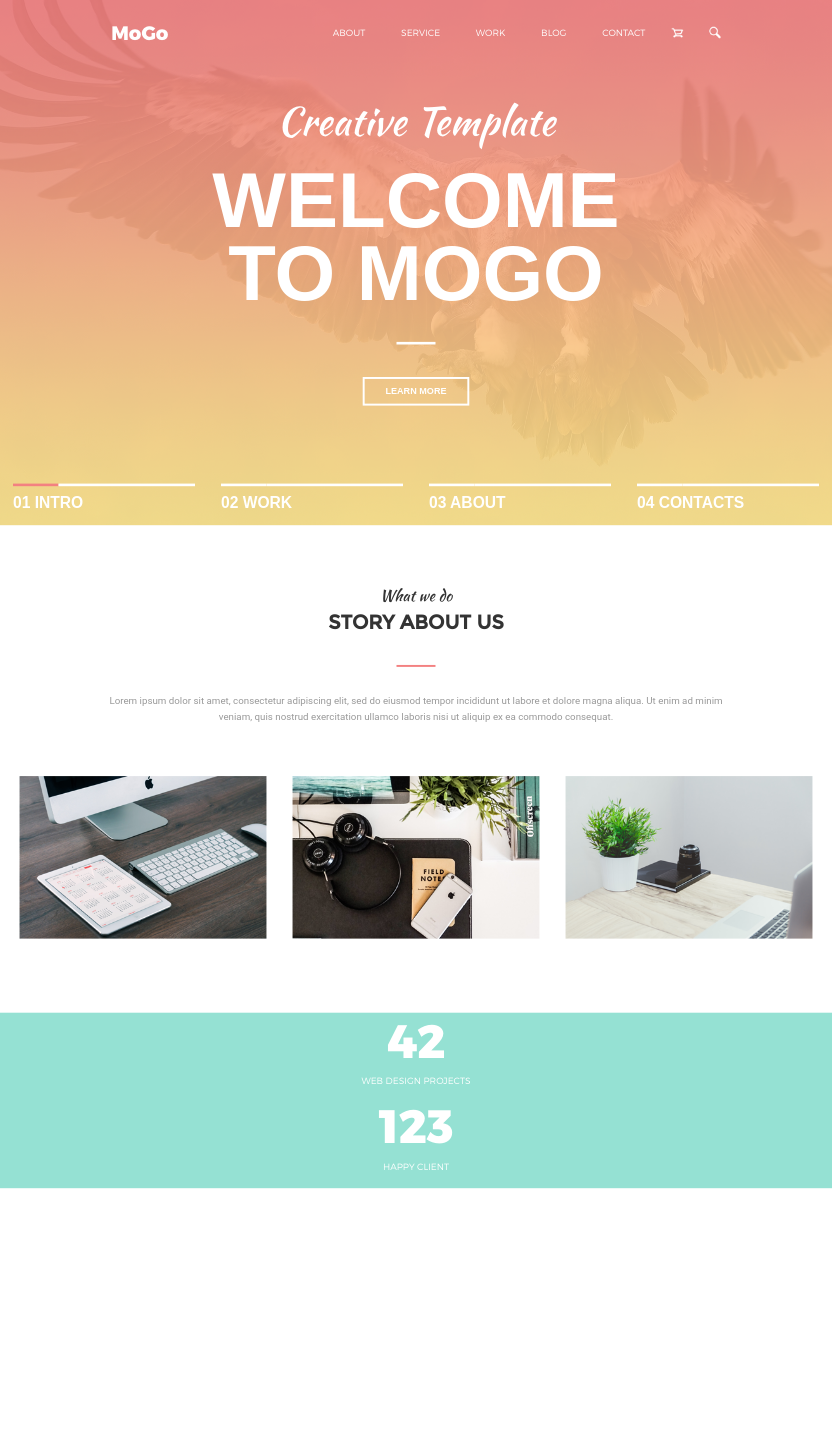
Repository: RaffiBarseghyan/mogo
Page: /
An editor plug-in stored every save of this project. The page is shown before and after a run of saves, followed by the edit.
The browser window is 1280 px wide. The pictures show the whole page, at 65% of full size.
The project was rebuilt for these pictures with package versions that can differ from the ones it lists, and the page was loaded fresh each time.

Above is the page before, as saved 2023-05-11 17:52:20.

### src/App.jsx
import "./App.css";
import "bootstrap/dist/css/bootstrap.min.css";
import "bootstrap/dist/js/bootstrap.bundle";
import Header from "./Pages/Header/header";
import AboutUs from "./Pages/AboutUs/aboutUs";

function App() {
  return (
    <div className="App">
      <Header />
      <AboutUs />
    </div>
  );
}

export default App;

### src/Pages/Header/header.jsx
import style from "./header.module.scss";
import glass from "../../Assets/Images/GLASS.png";
import cart from "../../Assets/Images/CART.png";

function Header() {
  return (
    <>
      <div className={style.big_header}>
        <div className={style.header}>
          <nav className="navbar navbar-expand-lg bg-body-tertiary">
            <div className="container-fluid">
              <a className={`${style.logo} navbar-brand me-5`} href="#">
                MoGo
              </a>
              <button
                className="navbar-toggler"
                type="button"
                data-bs-toggle="collapse"
                data-bs-target="#navbarNav"
                aria-controls="navbarNav"
                aria-expanded="false"
                aria-label="Toggle navigation"
              >
                <span className="navbar-toggler-icon"></span>
              </button>
              <div
                className={`${style.menu} collapse navbar-collapse`}
                id="navbarNav"
              >
                <ul className={`navbar-nav`}>
                  <li className="nav-item">About</li>
                  <li className="nav-item">service</li>
                  <li className="nav-item">work</li>
                  <li className="nav-item">blog</li>
                  <li className="nav-item">contact</li>
                  <img src={cart} alt="" />
                  <img src={glass} alt="" />
                </ul>
              </div>
            </div>
          </nav>
        </div>

        <div className={style.header_text}>
          <h1>Creative Template</h1>
          <h2>
            Welcome <br /> to MoGo
          </h2>
          <div className={style.border_box}>
            <div className={style.border}></div>
          </div>

          <div className={style.btn_box}>
            <button className={style.btn}>Learn More</button>
          </div>

          <div className={style.big_border_box_1}>
            <div className={style.div}>
              <div className={style.b_box1}>
                <div className={style.red}></div>
                <div className={style.white}></div>
              </div>
              <p className={style.b_p}>01 intro</p>
            </div>

            <div className={style.div}>
              <div className={style.b_box1}>
                <div className={style.white_s}></div>
                <div className={style.white}></div>
              </div>
              <p className={style.b_p}>02 work</p>
            </div>

            <div className={style.div}>
              <div className={style.b_box1}>
                <div className={style.white_s}></div>
                <div className={style.white}></div>
              </div>
              <p className={style.b_p}>03 About</p>
            </div>

            <div className={style.div}>
              <div className={style.b_box1}>
                <div className={style.white_s}></div>
                <div className={style.white}></div>
              </div>
              <p className={style.b_p}>04 Contacts</p>
            </div>
          </div>
        </div>
      </div>
    </>
  );
}

export default Header;

### src/Pages/AboutUs/aboutUs.jsx
import style from "./aboutUs.module.scss";
import aboutUs1 from "../../Assets/Images/aboutUs1.png";
import aboutUs2 from "../../Assets/Images/aboutUs2.png";
import aboutUs3 from "../../Assets/Images/aboutUs3.png";
import user from "../../Assets/Images/USERS.png";

function AboutUs() {
  return (
    <>
      <div className={style.aboutUs}>
        <h3>What we do</h3>
        <h2>Story about us</h2>
        <div className={style.line}></div>
        <p>
          Lorem ipsum dolor sit amet, consectetur adipiscing elit, sed do
          eiusmod tempor incididunt ut labore et dolore magna aliqua. Ut enim ad
          minim <br />
          veniam, quis nostrud exercitation ullamco laboris nisi ut aliquip ex
          ea commodo consequat.
        </p>
        <div className="d-flex justify-content-center flex-wrap ">
          <div className={style.imgDiv}>
            <img src={user} alt="" className={style.user} />
            <p>SUPER TEAM</p>
            <img src={aboutUs1} alt="" className={style.aboutImg}/>
          </div>
          <div className={style.imgDiv}>
            <img src={user} alt="" className={style.user} />
            <p>SUPER TEAM</p>
            <img src={aboutUs2} alt="" className={style.aboutImg}/>
          </div>
          <div className={style.imgDiv}>
            <img src={user} alt="" className={style.user} />
            <p>SUPER TEAM</p>
            <img src={aboutUs3} alt="" className={style.aboutImg}/>
          </div>
        </div>
      </div>

      <div className={style.aboutUsFooter}>
        <div>
            <h2>42</h2>
            <p>Web Design Projects</p>
        </div>
        <div>
            <h2>123</h2>
            <p>happy client</p>
        </div>
        <div>
            <h2>15</h2>
            <p>award winner</p>
        </div>
        <div>
            <h2>99</h2>
            <p>cup of coffee</p>
        </div>
        <div>
            <h2>24</h2>
            <p>members</p>
        </div>
      </div>
    </>
  );
}

export default AboutUs;

### src/Pages/Header/header.module.scss
@font-face {
  font-family: Montserrat;
  src: url("../../Assets/Fonts/montserrat/Montserrat-Light.otf")
    format("truetype");
}

@font-face {
  font-family: Montserrat_bold;
  src: url("../../Assets/Fonts/montserrat/Montserrat-ExtraBold.otf")
    format("truetype");
}

@font-face {
  font-family: kaushan;
  src: url("../../Assets/Fonts/kaushan-script/kaushan-script.kaushanscript-regular.otf")
    format("truetype");
}

* {
  margin: 0;
  padding: 0;
  box-sizing: border-box;
}

/* Header */

.logo {
  font-size: 30px;
  color: #ffffff !important;
  font-weight: 700;
  font-family: "Montserrat_bold";
}

.logo:hover {
  color: #ffffff !important;
}

.big_header {
  width: 100%;
  min-height: 800px;
  background-image: url("../../Assets/Images/background-image-big-box-header.png");
  background-position: center;
  background-size: cover;
  background-repeat: no-repeat;
}

.header {
  width: 100%;
  min-height: 100px;
  display: flex;
  justify-content: space-around;
  align-items: center;
}

.menu > ul {
  margin-left: 150px;
}

.menu > ul > li {
  font-size: 14px;
  font-family: "Montserrat";
  color: rgb(255, 255, 255);
  text-transform: uppercase;
  list-style: none;
  margin-left: 55px;
}

.menu > ul > li:hover {
  color: #fce38a;
  border-bottom: 2px solid #fce38a;
  cursor: pointer;
  transition: 0.3s;
}

.menu > ul > img {
  margin-left: 40px;
  cursor: pointer;
  width: 15%;
  aspect-ratio: 3/2;
  object-fit: contain;
}

/* Header_text */

.header_text {
  margin-top: 50px;
}

.header_text > h1 {
  text-align: center;
  font-family: kaushan;
  font-size: 60px;
  color: rgb(255, 255, 255);
  line-height: 1.2;
}

.header_text > h2 {
  text-align: center;
  font-family: sans-serif;
  font-size: 120px;
  color: rgb(255, 255, 255);
  font-weight: bold;
  text-transform: uppercase;
  line-height: 0.933;
  margin-top: 30px;
}

.border {
  width: 60px;
  height: 4px;
  background-color: #ffffff;
}

.border_box {
  display: flex;
  justify-content: center;
  margin: 50px 0;
}

.btn {
  border-style: solid;
  border-width: 3px;
  border-color: rgb(255, 255, 255);
  background-color: rgba(0, 0, 0, 0);
  width: 164px;
  height: 44px;
  font-size: 14px;
  font-family: sans-serif;
  color: rgb(255, 255, 255);
  font-weight: bold;
  text-transform: uppercase;
}

.btn_box {
  display: flex;
  justify-content: center;
}

.btn_box > button:hover {
  cursor: pointer;
  border-radius: 10px;
  transition: 0.5s;
}

/* Borders */

.red {
  width: 70px;
  height: 4px;
  background-color: #f38181;
}

.white_s {
  width: 70px;
  height: 4px;
  background-color: #ffffff;
}

.white {
  width: 210px;
  height: 4px;
  background-color: white;
}

.b_box1 {
  display: flex;
}

.b_p {
  margin-top: 8px;
  font-size: 24px;
  font-family: sans-serif;
  color: rgb(255, 255, 255);
  font-weight: bold;
  text-transform: uppercase;
  text-align: left;
}

.big_border_box_1 {
  margin-top: 120px;
  display: flex;
  justify-content: space-around;
  flex-wrap: wrap;
}

@media only screen and (max-width: 992.2px) {
  .menu > ul {
    display: flex;
    justify-content: center;
    align-items: center;
  }
  .menu > ul > img {
    width: 12%;
    aspect-ratio: 3/2;
    object-fit: contain;
  }
  .header_text>h2{
    font-size: 80px;
  }
}

### src/Pages/AboutUs/aboutUs.module.scss
@font-face {
  font-family: Montserrat;
  src: url("../../Assets/Fonts/montserrat/Montserrat-Light.otf")
    format("truetype");
}

@font-face {
  font-family: Montserrat_mid;
  src: url("../../Assets/Fonts/montserrat/Montserrat-Regular.ttf")
    format("truetype");
}

@font-face {
  font-family: Montserrat_bold;
  src: url("../../Assets/Fonts/montserrat/Montserrat-ExtraBold.otf")
    format("truetype");
}

@font-face {
  font-family: kaushan;
  src: url("../../Assets/Fonts/kaushan-script/kaushan-script.kaushanscript-regular.otf")
    format("truetype");
}

.aboutUs {
  min-height: 750px;
  display: flex;
  flex-direction: column;
  align-items: center;
  justify-content: center;
  h3 {
    font-size: 24px;
    color: #333333;
    font-weight: 400;
    font-family: "kaushan";
    text-align: center;
  }
  h2 {
    font-size: 30px;
    text-transform: uppercase;
    color: #333333;
    font-weight: 700;
    font-family: "Montserrat_mid";
    text-align: center;
  }
  p {
    font-size: 15px;
    line-height: 24px;
    color: #999999;
    font-weight: 400;
    font-family: "Roboto";
    text-align: center;
    margin-bottom: 60px;
  }
  .line {
    width: 60px;
    height: 3px;
    background-color: #f38181;
    margin: 40px;
  }
  img {
    width: 380px;
    height: 250px;
    aspect-ratio: 3/2;
    object-fit: cover;
  }

  .imgDiv {
    width: 380px;
    height: 250px;
    margin: 20px;
    transition: 0.5s;
    display: flex;
    flex-direction: column;
    justify-content: center;
    align-items: center;
    p {
      font-size: 18px;
      text-transform: uppercase;
      color: #ffffff;
      font-weight: 700;
      font-family: "Montserrat";
      text-align: center;
      display: none;
      position: absolute;
      margin-top: 80px;
    }
    .user {
      width: 32px;
      height: 23px;
      display: none;
      position: absolute;
      margin-bottom: 30px;
    }
  }

  .imgDiv:hover {
    transition: 0.5s;
    box-shadow: 10px 10px 0px 0px rgba(149, 225, 211, 1);
    -webkit-box-shadow: 10px 10px 0px 0px rgba(149, 225, 211, 1);
    -moz-box-shadow: 10px 10px 0px 0px rgba(149, 225, 211, 1);
    cursor: pointer;
    p,
    .user {
      display: block;
    }
    background: rgb(226, 204, 123);
    background: linear-gradient(
      0deg,
      rgba(226, 204, 123, 1) 0%,
      rgba(219, 116, 116, 1) 53%
    );

    .aboutImg {
      opacity: 0.2;
    }
  }
}

.aboutUsFooter {
  height: 270px;
  background-color: #95e1d3;
  h2 {
    font-size: 72px;
    text-transform: uppercase;
    color: #ffffff;
    font-weight: 700;
    font-family: "Montserrat_bold";
    text-align: center;
  }
  p {
    font-size: 14px;
    text-transform: uppercase;
    color: #ffffff;
    font-weight: 400;
    font-family: "Montserrat";
    text-align: center;
  }
}

Loaded but not shown: public/index.html (common file); src/index.js (common file); src/index.css (common file); src/reportWebVitals.js (common file); src/App.css (common file)

After the next 3 saves:
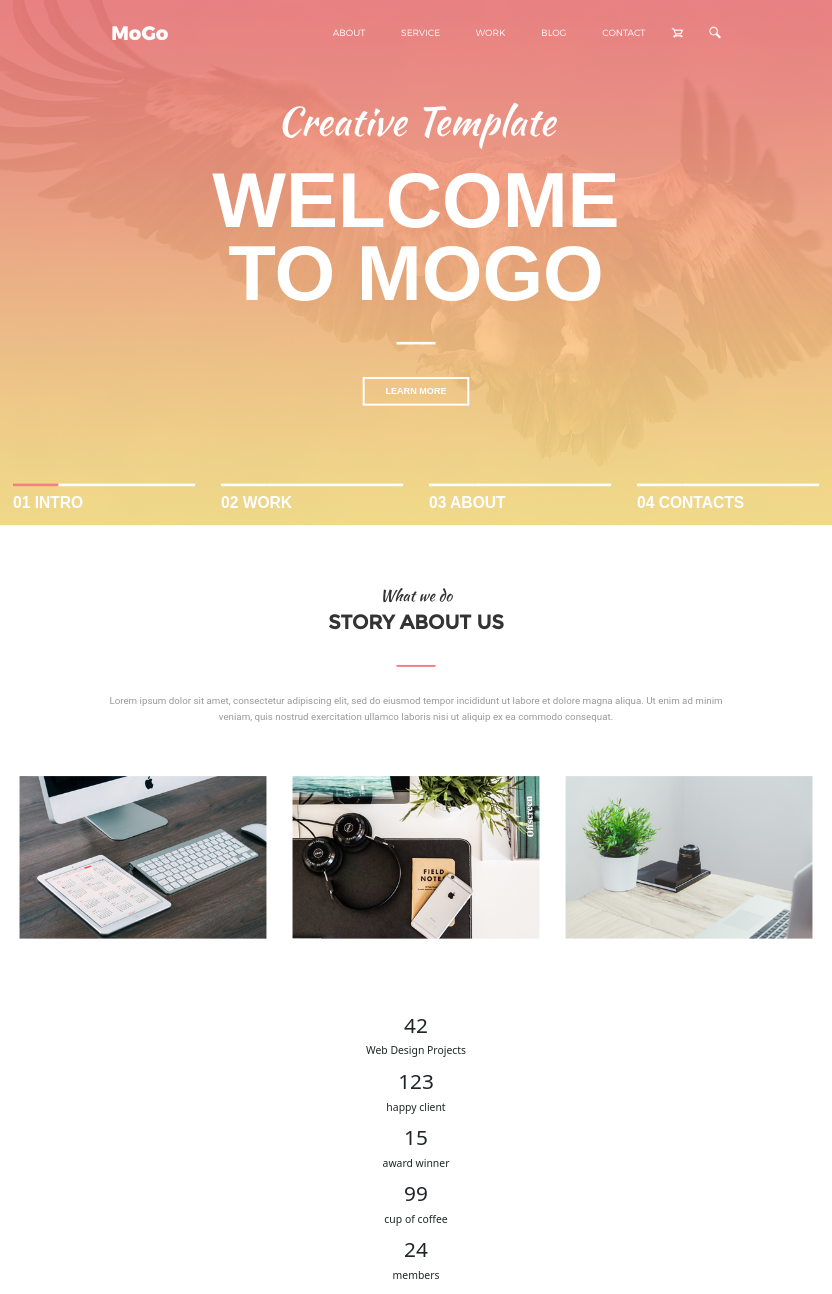
The 3 saves are shown as one change because they came seconds apart.
The last was saved 30 s later.
--- a/src/Pages/AboutUs/aboutUs.jsx
+++ b/src/Pages/AboutUs/aboutUs.jsx
@@ -37,7 +37,7 @@ function AboutUs() {
         </div>
       </div>
 
-      <div className={style.aboutUsFooter}>
+      <div className={`style.aboutUsFooter`}>
         <div>
             <h2>42</h2>
             <p>Web Design Projects</p>
